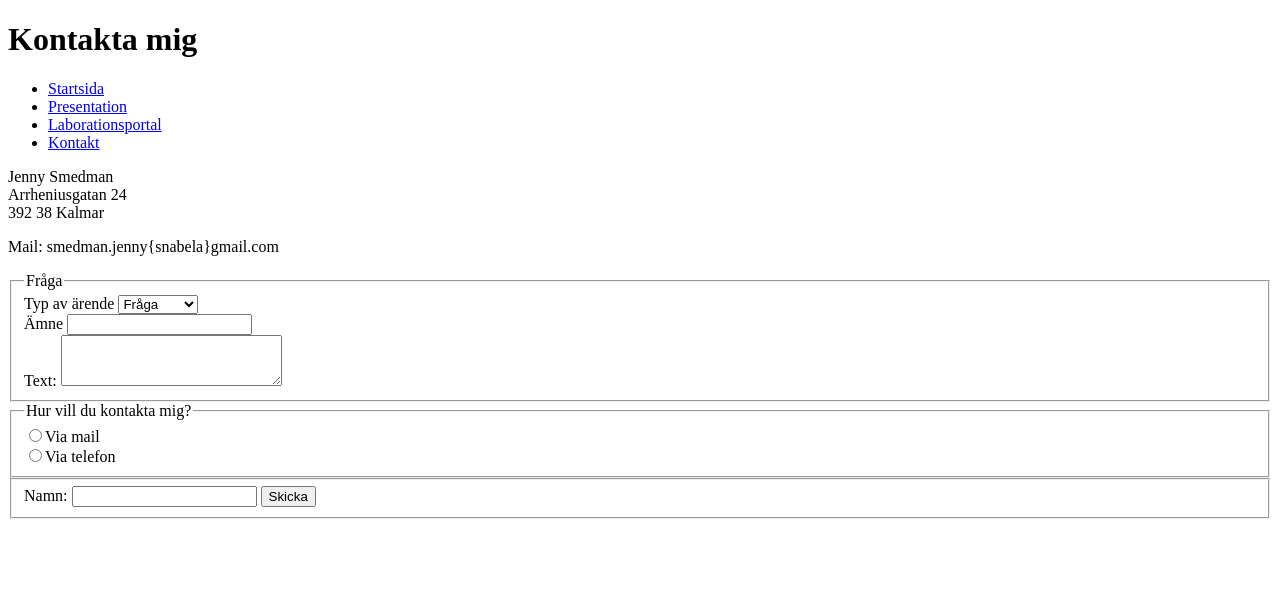
Repository: js223mx/1ik415-js223mx-laborationer
Page: pages/kontakt.html
The author's editor kept a record of every edit. The page is drawn from the files as they stood at one moment, then again after the next edit.
The browser window is 1280 px wide. The pictures show the whole page.

Above is the page before.

### pages/kontakt.html
<!doctype html>
<html lang="sv" >

    <head>

            <meta charset="utf-8" />
            <title>Kontakta mig</title>

    </head>
    <body>
    <div id="container">

            <div id="header">
            <h1>Kontakta mig</h1>
            </div>

            <div id="navigation">
             <ul>
                <li><a href="../index.html">Startsida</a></li>
                <li><a href="presentation.html">Presentation</a></li>
                <li><a href="laborationer.html">Laborationsportal</a></li>
                <li><a href="kontakt.html">Kontakt</a></li>

            </ul>
            </div>

             <div id="content">
                <p>Jenny Smedman<br>
                    Arrheniusgatan 24<br>
                    392 38 Kalmar
                </p>

                <p>Mail: smedman.jenny{snabela}gmail.com</p>

                <form id="contact-form" action="http://voyager.lnu.se/tekinet/kurser/dtt/wp_webbintro/form.php" method="post">
                    <fieldset>
                        <legend>Fråga</legend>
                        Typ av ärende
                        <select>
                           <option value="Fråga">Fråga</option>
                           <option value="Komentar">Komentar</option>
                        </select><br>
                        <label for="Ämne">Ämne</label>
                        <input name="Ämne" id="Ämne" type="text"><br>
                        <label for="Text">Text:</label>
                        <textarea name="Text" id="Text" cols="25" rows="3"></textarea>
                    </fieldset>
                    <fieldset>
                        <legend>Hur vill du kontakta mig?</legend>
                        <input type="radio" name="Kontakttyp" value="Via mail">Via mail<br>
                        <input type="radio" name="Kontakttyp" value="Via telefon">Via telefon
                    </fieldset>
                       <fieldset>
                           Namn: <input type="text" name="Namn">
                          <input type="submit" value="Skicka">
                       </fieldset>
                </form>
     </div>
    </body>


</html>

After the next edit:
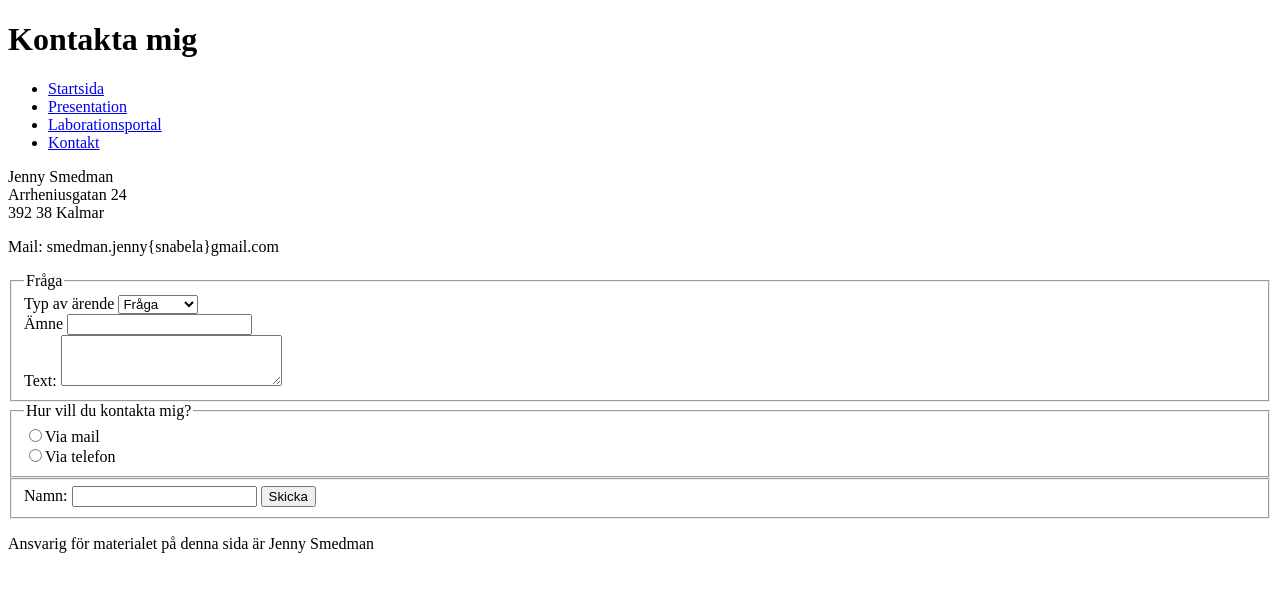
The edit:
--- a/pages/kontakt.html
+++ b/pages/kontakt.html
@@ -55,6 +55,11 @@
                           <input type="submit" value="Skicka">
                        </fieldset>
                 </form>
+                </div>
+
+             <div id="footer">
+             <p>Ansvarig för materialet på denna sida är Jenny Smedman</p>
+             </div>
      </div>
     </body>
 
